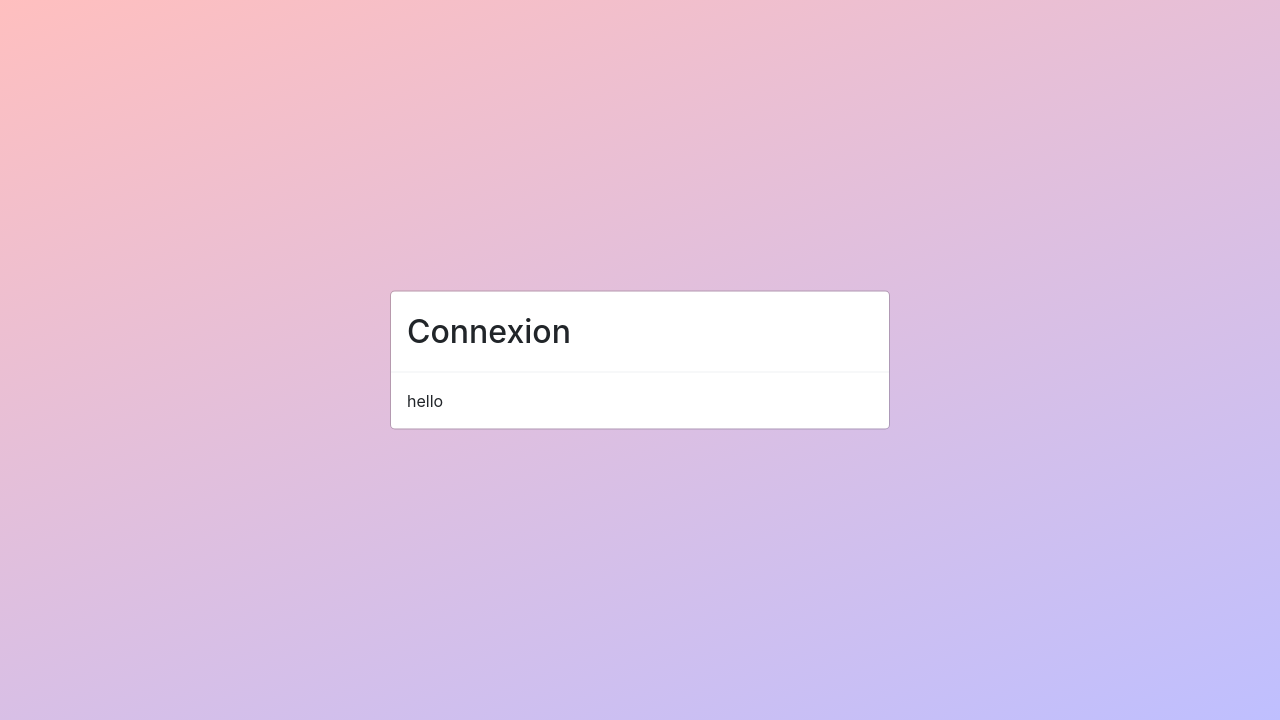
Repository: FS-23/react-task-manager
Page: /login
The author's editor kept a copy of each file at every save. The page is drawn from the files as they stood at one save, then again after the next save.
The browser window is 1280 px wide. The pictures show the whole page.
The project was rebuilt for these pictures with package versions that can differ from the ones it lists, and the page was loaded fresh each time.

Above is the page before, as saved 2022-04-28 14:24:18.

### public/index.html
<!DOCTYPE html>
<html lang="en">
  <head>
    <meta charset="utf-8" />
    <link rel="icon" href="%PUBLIC_URL%/favicon.ico" />
    <meta name="viewport" content="width=device-width, initial-scale=1" />
    <meta name="theme-color" content="#000000" />
    <meta  name="description" content="Web site created using create-react-app"/>
    <link rel="apple-touch-icon" href="%PUBLIC_URL%/logo192.png" />

    <link rel="manifest" href="%PUBLIC_URL%/manifest.json" />

    <title>React App</title>

    <!-- CSS only -->
   <link href="https://cdn.jsdelivr.net/npm/bootstrap@5.1.3/dist/css/bootstrap.min.css" rel="stylesheet" >
  </head>
  <body>
    <noscript>You need to enable JavaScript to run this app.</noscript>
    <div id="root"></div>


    <!-- JavaScript Bundle with Popper -->
    <script src="https://cdn.jsdelivr.net/npm/bootstrap@5.1.3/dist/js/bootstrap.bundle.min.js"></script>
  </body>
</html>

### src/index.js
import React from 'react';
import ReactDOM from 'react-dom/client';
import './index.css';
import App from './App';
//import 'https://cdn.jsdelivr.net/npm/bootstrap@5.1.3/dist/css/bootstrap.min.css'

const root = ReactDOM.createRoot(document.getElementById('root'));
root.render(
  <React.StrictMode>
    <App />
  </React.StrictMode>
);

// If you want to start measuring performance in your app, pass a function
// to log results (for example: reportWebVitals(console.log))
// or send to an analytics endpoint. Learn more: https://bit.ly/CRA-vitals

### src/index.css
body {
  margin: 0;
  font-family: -apple-system, BlinkMacSystemFont, 'Segoe UI', 'Roboto', 'Oxygen',
    'Ubuntu', 'Cantarell', 'Fira Sans', 'Droid Sans', 'Helvetica Neue',
    sans-serif;
  -webkit-font-smoothing: antialiased;
  -moz-osx-font-smoothing: grayscale;
}

code {
  font-family: source-code-pro, Menlo, Monaco, Consolas, 'Courier New',
    monospace;
}


.login-bg {
     background-image: linear-gradient(160deg , red , blue);

}

### src/App.js

import Login from "./components/Login";
function App() {
  return (
    <div className="App">
         <Login />
    </div>
  );
}




export default App;

### src/components/Login.js
import { useState } from 'react'
function Login(){
    let [email , setEmail]= useState('')
    let [password , setPassword]= useState('')
    let [loading , setLoading]= useState(false)

    function handleEmailChange(event){
        setEmail(event.target.value)
    }

    function handlePasswordChange(event){
        setPassword(event.target.value)
    }

    function handleFormSubmit(event){
        event.preventDefault()
        console.log('form infos', {email , password})
        setLoading(true)
        setTimeout(()=> {
           setLoading(false)
        }, 3000)
    }
     return(
         <>
             <div className='position-fixed vw-100 vh-100  top-0'>
                    <div className="login-bg position-absolute opacity-25 top-0 w-100 h-100">

                    </div>

                    <div className='position-absolute translate-middle top-50 start-50'>
                         <div className='modal-dialog' style={{width: '500px'}}>
                               <div className='modal-content'>
                                    <div className='modal-header'>
                                        <h2 className='modal-title'>Connexion</h2>
                                    </div>
                                    <div className='modal-body'>
                                          hello
                                    </div>
                               </div>
                         </div>
                    </div>
             </div>
         </>
     )
}

export default Login




/*

<form onSubmit={handleFormSubmit}>
                     <div className="mt-4">
                        <input className="form-control" onChange={handleEmailChange}/>
                     </div>
                     <div className="mt-4">
                       <input className="form-control" onChange={handlePasswordChange}/>
                     </div>
                     <button className="btn btn-primary mt-4">
                         Connecter
                         {loading ? <div className='spinner-border ms-1 spinner-border-sm'></div>: ''}
                     </button>
                     <div className='mt-3'>
                            email: {email} ---
                            password: {password}
                     </div>
                 </form>
                 */

After the next save:
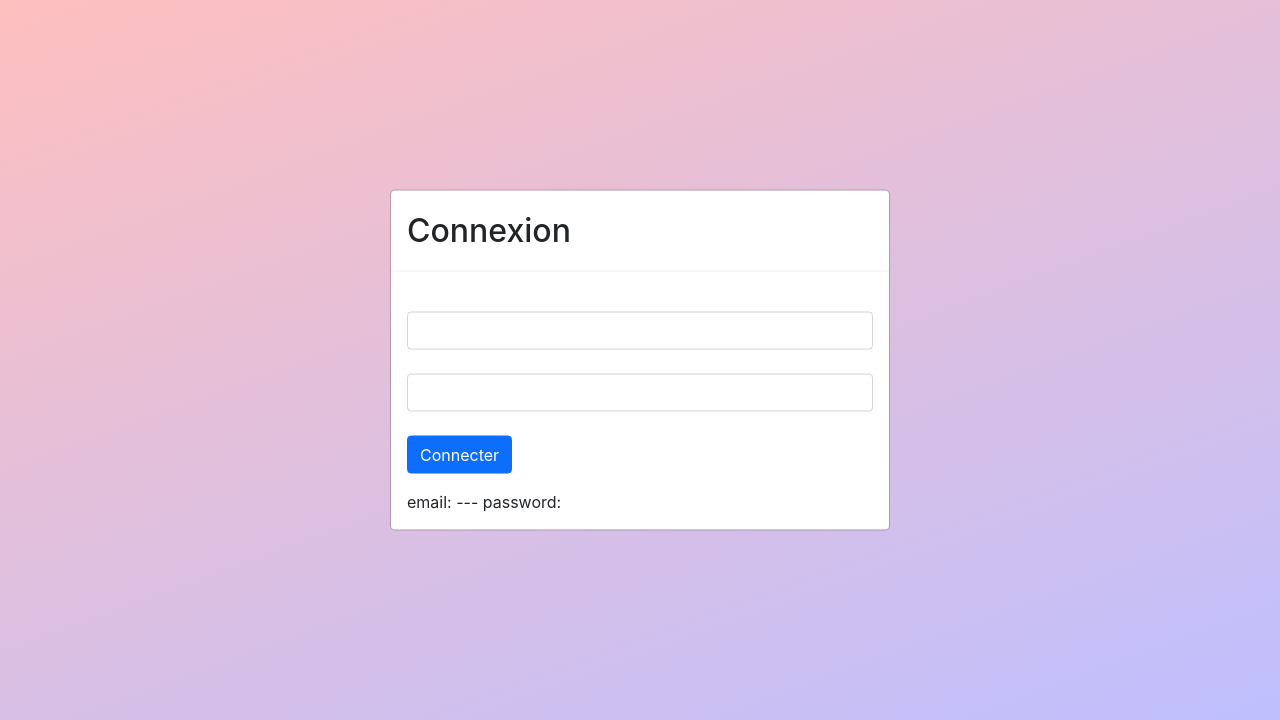
Saved 38 s later.
--- a/src/components/Login.js
+++ b/src/components/Login.js
@@ -34,7 +34,22 @@ function Login(){
                                         <h2 className='modal-title'>Connexion</h2>
                                     </div>
                                     <div className='modal-body'>
-                                          hello
+                                    <form onSubmit={handleFormSubmit}>
+                     <div className="mt-4">
+                        <input className="form-control" onChange={handleEmailChange}/>
+                     </div>
+                     <div className="mt-4">
+                       <input className="form-control" onChange={handlePasswordChange}/>
+                     </div>
+                     <button className="btn btn-primary mt-4">
+                         Connecter
+                         {loading ? <div className='spinner-border ms-1 spinner-border-sm'></div>: ''}
+                     </button>
+                     <div className='mt-3'>
+                            email: {email} ---
+                            password: {password}
+                     </div>
+                 </form>
                                     </div>
                                </div>
                          </div>
@@ -51,20 +66,5 @@ export default Login
 
 /*
 
-<form onSubmit={handleFormSubmit}>
-                     <div className="mt-4">
-                        <input className="form-control" onChange={handleEmailChange}/>
-                     </div>
-                     <div className="mt-4">
-                       <input className="form-control" onChange={handlePasswordChange}/>
-                     </div>
-                     <button className="btn btn-primary mt-4">
-                         Connecter
-                         {loading ? <div className='spinner-border ms-1 spinner-border-sm'></div>: ''}
-                     </button>
-                     <div className='mt-3'>
-                            email: {email} ---
-                            password: {password}
-                     </div>
-                 </form>
+
                  */
